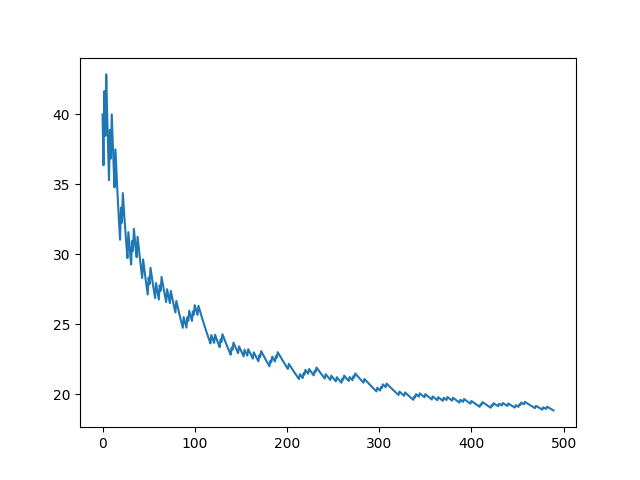
Repository: Vorztek/Data
Script's output: python Exercices_Python/Old_project/Maths_and_algorithms/Première_série_exo/génération_nombre_premiers.py
An editor plug-in stored every save of this project. The script's output is shown before and after the next save, followed by the edit.
Random numbers start from a fixed seed.

Above is the script's output before, as saved 2021-07-28 14:25:30.

### Exercices_Python/Old_project/Maths_and_algorithms/Première_série_exo/génération_nombre_premiers.py
import matplotlib.pyplot as plt
import numpy as np

def is_prime(p):
    if p < 2:
        return False
    for j in range(2, p):
        if p % j == 0:
            return False
    else:
        return True

def number_of_prime(n):
    compte = 0
    # Pour chaque élement compris dans la liste de chaque élement de l'intervalle
    for i in range(2, n):
        if is_prime(i) is True:
            compte += 1
    # Print("Entre 1 et {} il y a {} nombres premier".format(valeur, compte))
    pourcent = ((compte / n) *100)
    return pourcent

def courbe():
    #valeur = int(input("Quelle est la valeur maximale souhaitée : "))
    liste1 = [number_of_prime(n) for n in range(10, 500)]
    return liste1

plt.plot(courbe())
plt.show()

After the next save:
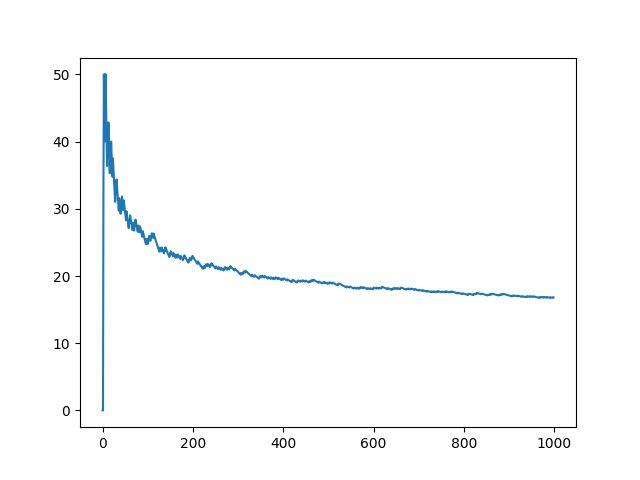
Saved 27 s later.
--- a/Exercices_Python/Old_project/Maths_and_algorithms/Première_série_exo/génération_nombre_premiers.py
+++ b/Exercices_Python/Old_project/Maths_and_algorithms/Première_série_exo/génération_nombre_premiers.py
@@ -22,7 +22,7 @@ def number_of_prime(n):
 
 def courbe():
     #valeur = int(input("Quelle est la valeur maximale souhaitée : "))
-    liste1 = [number_of_prime(n) for n in range(10, 500)]
+    liste1 = [number_of_prime(n) for n in range(1, 1000)]
     return liste1
 
 plt.plot(courbe())
